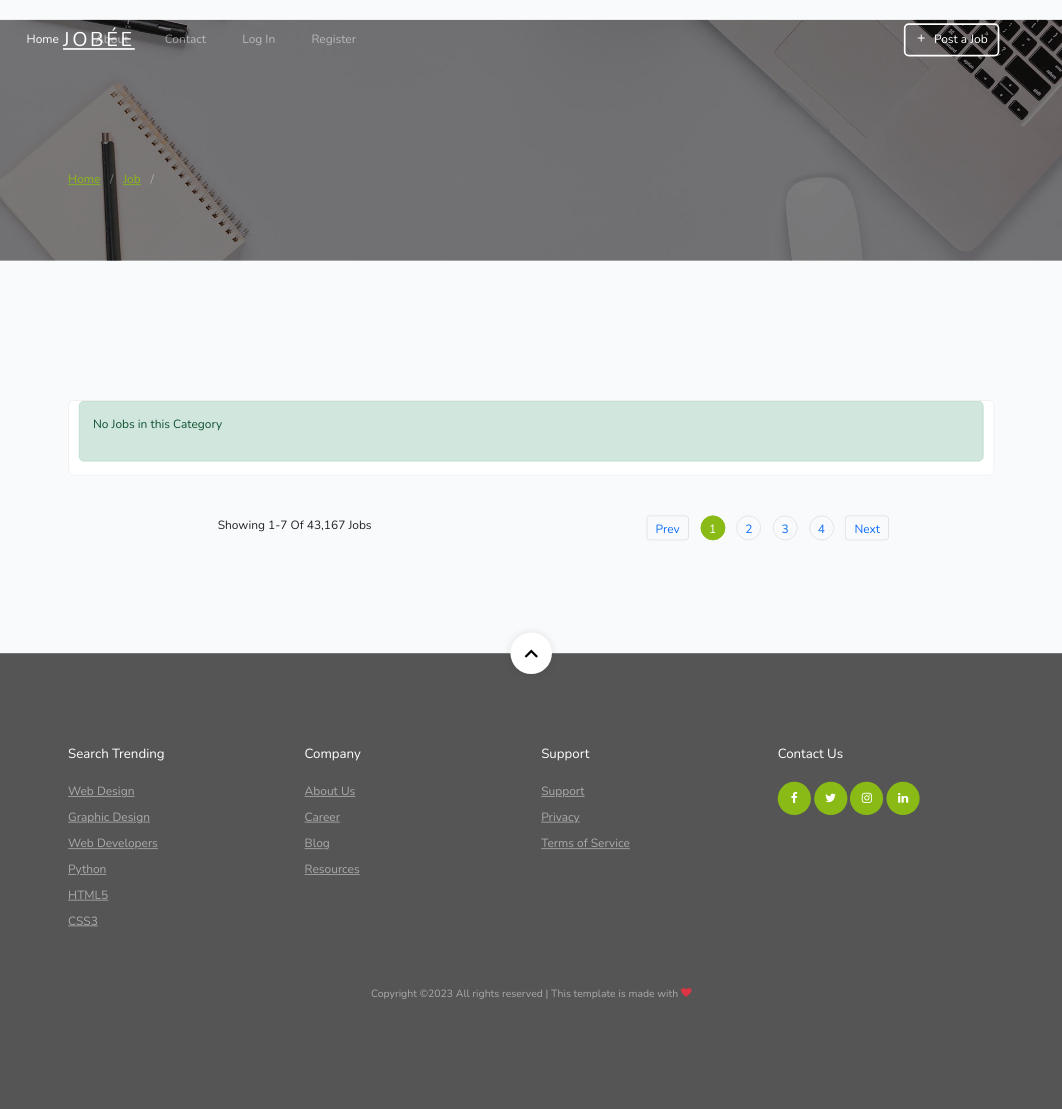
Repository: sara55m/Jobee
Page: resources/views/categories/single.blade.php
An editor plug-in stored every save of this project. The page is shown before and after the next save, followed by the edit.
The browser window is 1280 px wide. The pictures show the whole page, at 83% of full size.
The page is served by the project's Laravel application, run on PHP 8.4 with Laravel 10. Other server files are loaded and not shown. Style sheets and scripts are compiled from the project's sources, by tool versions that may differ from the author's. The template is opened directly, without the code that normally fills it, so the values that code supplies are empty.

Above is the page before, as saved 2024-10-08 22:58:34.

### routes/web.php
<?php

use Illuminate\Support\Facades\Route;
use App\Http\Controllers\HomeController;
use App\Http\Controllers\Jobs\JobsController;
use App\Http\Controllers\Categories\CategoriesController;
use App\Http\Controllers\Users\UsersController;
use Illuminate\Support\Facades\Auth;

/*
|--------------------------------------------------------------------------
| Web Routes
|--------------------------------------------------------------------------
|
| Here is where you can register web routes for your application. These
| routes are loaded by the RouteServiceProvider and all of them will
| be assigned to the "web" middleware group. Make something great!
|
*/

Route::get('/', function () {
    return view('welcome');
});

Auth::routes();

Route::get('/home', [HomeController::class, 'index'])->name('home');

Route::get('/jobs/single/{id}', [JobsController::class, 'single'])->name('single.job');
Route::post('/jobs/save', [JobsController::class, 'saveJob'])->name('save.job');
Route::post('/jobs/apply', [JobsController::class, 'jobApply'])->name('apply.job');


Route::get('/categories/single/{name}', [CategoriesController::class, 'singleCategory'])->name('categories.single');
Route::get('/users/profile', [UsersController::class, 'profile'])->name('profile');

Route::get('/users/applications', [UsersController::class, 'applications'])->name('applications');

### resources/views/categories/single.blade.php
@extends('layouts.app')

@section('content')
<section class="section-hero overlay inner-page bg-image" style="background-image: url('{{asset('assets/images/hero_1.jpg')}}'); margin: tob -24px" id="home-section">
    <div class="container">
      <div class="row">
        <div class="col-md-7">
          <h1 class="text-white font-weight-bold">{{ucfirst($name)}}</h1>
          <div class="custom-breadcrumbs">
            <a href="#">Home</a> <span class="mx-2 slash">/</span>
            <a href="#">Job</a> <span class="mx-2 slash">/</span>
            <span class="text-white"><strong>{{ucfirst($name)}}</strong></span>
          </div>
        </div>
      </div>
    </div>
  </section>
<section class="site-section">
    <div class="container">

      <div class="row mb-5 justify-content-center">
        <div class="col-md-7 text-center">
          <h2 class="section-title mb-2">{{ucfirst($name)}}</h2>
        </div>
      </div>

      <ul class="job-listings mb-5">
        @if ($jobs->count()>0)

        @foreach ($jobs as $job)
        <li class="job-listing d-block d-sm-flex pb-3 pb-sm-0 align-items-center">
          <a href="{{route('single.job', $job->id)}}"></a>
          <div class="job-listing-logo">
            <img src="{{asset('assets/images/'.$job->image.'')}}" alt="Free Website Template by Free-Template.co" class="img-fluid">
          </div>

          <div class="job-listing-about d-sm-flex custom-width w-100 justify-content-between mx-4">
            <div class="job-listing-position custom-width w-50 mb-3 mb-sm-0">
              <h2>{{$job->job_title}}</h2>
              <strong>{{$job->company}}</strong>
            </div>
            <div class="job-listing-location mb-3 mb-sm-0 custom-width w-25">
              <span class="icon-room"></span>{{$job->job_region}}
            </div>
            <div class="job-listing-meta">
              <span class="badge badge-danger">{{$job->job_type}}</span>
            </div>
          </div>
        </li>
        @endforeach
        @else
        <div class="container">
            <div class="alert alert-success ">
             <p>No Jobs in this Category</p>
            </div>

        @endif
      </ul>

      <div class="row pagination-wrap">
        <div class="col-md-6 text-center text-md-left mb-4 mb-md-0">
          <span>Showing 1-7 Of 43,167 Jobs</span>
        </div>
        <div class="col-md-6 text-center text-md-right">
          <div class="custom-pagination ml-auto">
            <a href="#" class="prev">Prev</a>
            <div class="d-inline-block">
            <a href="#" class="active">1</a>
            <a href="#">2</a>
            <a href="#">3</a>
            <a href="#">4</a>
            </div>
            <a href="#" class="next">Next</a>
          </div>
        </div>
      </div>

    </div>
  </section>


















@endsection

### resources/views/layouts/app.blade.php
<!doctype html>
<html lang="{{ str_replace('_', '-', app()->getLocale()) }}">
<head>
    <meta charset="utf-8">
    <meta name="viewport" content="width=device-width, initial-scale=1">

    <!-- CSRF Token -->
    <meta name="csrf-token" content="{{ csrf_token() }}">

    <title>{{ config('app.name', 'Laravel') }}</title>

    <!-- Fonts -->
    <link rel="dns-prefetch" href="//fonts.bunny.net">
    <link href="https://fonts.bunny.net/css?family=Nunito" rel="stylesheet">

     <!-- Our CSS and JS Files -->
    <link rel="stylesheet" href="{{ asset('assets/css/custom-bs.css')}}">
    <link rel="stylesheet" href="{{ asset('assets/css/jquery.fancybox.min.css') }}">
    <link rel="stylesheet" href="{{ asset('assets/css/bootstrap-select.min.css') }}">
    <link rel="stylesheet" href="{{ asset ('assets/fonts/icomoon/style.css') }}">
    <link rel="stylesheet" href="{{ asset('assets/fonts/line-icons/style.css') }}">
    <link rel="stylesheet" href="{{ asset('assets/css/owl.carousel.min.css') }}">
    <link rel="stylesheet" href="{{ asset('assets/css/animate.min.css') }}">
    <link rel="stylesheet" href="{{ asset('assets/css/quill.snow.css')}}">

    <!-- MAIN CSS -->
    <link rel="stylesheet" href="{{ asset('assets/css/style.css') }}">

    <!-- Scripts -->
    @vite(['resources/sass/app.scss', 'resources/js/app.js'])
</head>
<body>
    <div id="app">
         <!-- NAVBAR -->
    <header class="site-navbar mt-3">
        <div class="container-fluid">
          <div class="row align-items-center">
            <div class="site-logo col-6"><a href="{{route('home')}}">jobée</a></div>

            <nav class="mx-auto site-navigation">
              <ul class="site-menu js-clone-nav d-none d-xl-block ml-0 pl-0">
                <li><a href="{{route('home')}}" class="nav-link active">Home</a></li>
                <li><a href="about.html">About</a></li>


                <li><a href="contact.html">Contact</a></li>
                <li class="d-lg-none"><a href="post-job.html"><span class="mr-2">+</span> Post a Job</a></li>
                @guest
                  @if (Route::has('login'))
                      <li class=""><a href="{{ route('login') }}">Log In</a></li>
                  @endif
                  @if (Route::has('register'))
                       <li class=""><a href="{{ route('register') }}">Register</a></li>
                  @endif
                @else
                    <li class="nav-item dropdown">
                    <a id="navbarDropdown" class="nav-link dropdown-toggle" href="#" role="button" data-toggle="dropdown" aria-haspopup="true" aria-expanded="false" v-pre>
                     {{ Auth::user()->name }}
                    </a>

                  <div class="dropdown-menu dropdown-menu-end" aria-labelledby="navbarDropdown">


                <a class="dropdown-item" href="{{ route('profile') }}">
                    Profile
               </a>

                   <a class="dropdown-item" href="{{ route('logout') }}"
                      onclick="event.preventDefault();
                             document.getElementById('logout-form').submit();">
                     {{ __('Logout') }}
                </a>

                   <form id="logout-form" action="{{ route('logout') }}" method="POST" class="d-none">
                   @csrf
                       </form>
                        </div>
                         </li>
                @endguest


              </ul>
            </nav>

            <div class="right-cta-menu text-right d-flex aligin-items-center col-6">
              <div class="ml-auto">
                <a href="post-job.html" class="btn btn-outline-white border-width-2 d-none d-lg-inline-block"><span class="mr-2 icon-add"></span>Post a Job</a>

              </div>
              <a href="#" class="site-menu-toggle js-menu-toggle d-inline-block d-xl-none mt-lg-2 ml-3"><span class="icon-menu h3 m-0 p-0 mt-2"></span></a>
            </div>

          </div>
        </div>
      </header>
        {{-- <nav class="navbar navbar-expand-md navbar-light bg-white shadow-sm">
            <div class="container">
                <a class="navbar-brand" href="{{ url('/') }}">
                    {{ config('app.name', 'Laravel') }}
                </a>
                <button class="navbar-toggler" type="button" data-bs-toggle="collapse" data-bs-target="#navbarSupportedContent" aria-controls="navbarSupportedContent" aria-expanded="false" aria-label="{{ __('Toggle navigation') }}">
                    <span class="navbar-toggler-icon"></span>
                </button>

                <div class="collapse navbar-collapse" id="navbarSupportedContent">
                    <!-- Left Side Of Navbar -->
                    <ul class="navbar-nav me-auto">

                    </ul>

                    <!-- Right Side Of Navbar -->
                    <ul class="navbar-nav ms-auto">
                        <!-- Authentication Links -->
                        @guest
                            @if (Route::has('login'))
                                <li class="nav-item">
                                    <a class="nav-link" href="{{ route('login') }}">{{ __('Login') }}</a>
                                </li>
                            @endif

                            @if (Route::has('register'))
                                <li class="nav-item">
                                    <a class="nav-link" href="{{ route('register') }}">{{ __('Register') }}</a>
                                </li>
                            @endif
                        @else
                            <li class="nav-item dropdown">
                                <a id="navbarDropdown" class="nav-link dropdown-toggle" href="#" role="button" data-bs-toggle="dropdown" aria-haspopup="true" aria-expanded="false" v-pre>
                                    {{ Auth::user()->name }}
                                </a>

                                <div class="dropdown-menu dropdown-menu-end" aria-labelledby="navbarDropdown">
                                    <a class="dropdown-item" href="{{ route('logout') }}"
                                       onclick="event.preventDefault();
                                                     document.getElementById('logout-form').submit();">
                                        {{ __('Logout') }}
                                    </a>

                                    <form id="logout-form" action="{{ route('logout') }}" method="POST" class="d-none">
                                        @csrf
                                    </form>
                                </div>
                            </li>
                        @endguest
                    </ul>
                </div>
            </div>
        </nav> --}}

        <main class="py-4">
            @yield('content')
        </main>
    </div>

    <footer class="site-footer">

        <a href="#top" class="smoothscroll scroll-top">
          <span class="icon-keyboard_arrow_up"></span>
        </a>

        <div class="container">
          <div class="row mb-5">
            <div class="col-6 col-md-3 mb-4 mb-md-0">
              <h3>Search Trending</h3>
              <ul class="list-unstyled">
                <li><a href="#">Web Design</a></li>
                <li><a href="#">Graphic Design</a></li>
                <li><a href="#">Web Developers</a></li>
                <li><a href="#">Python</a></li>
                <li><a href="#">HTML5</a></li>
                <li><a href="#">CSS3</a></li>
              </ul>
            </div>
            <div class="col-6 col-md-3 mb-4 mb-md-0">
              <h3>Company</h3>
              <ul class="list-unstyled">
                <li><a href="#">About Us</a></li>
                <li><a href="#">Career</a></li>
                <li><a href="#">Blog</a></li>
                <li><a href="#">Resources</a></li>
              </ul>
            </div>
            <div class="col-6 col-md-3 mb-4 mb-md-0">
              <h3>Support</h3>
              <ul class="list-unstyled">
                <li><a href="#">Support</a></li>
                <li><a href="#">Privacy</a></li>
                <li><a href="#">Terms of Service</a></li>
              </ul>
            </div>
            <div class="col-6 col-md-3 mb-4 mb-md-0">
              <h3>Contact Us</h3>
              <div class="footer-social">
                <a href="#"><span class="icon-facebook"></span></a>
                <a href="#"><span class="icon-twitter"></span></a>
                <a href="#"><span class="icon-instagram"></span></a>
                <a href="#"><span class="icon-linkedin"></span></a>
              </div>
            </div>
          </div>

          <div class="row text-center">
            <div class="col-12">
              <p class="copyright"><small>
                <!-- Link back to Colorlib can't be removed. Template is licensed under CC BY 3.0. -->
              Copyright &copy;<script>document.write(new Date().getFullYear());</script> All rights reserved | This template is made with <i class="icon-heart text-danger" aria-hidden="true"></i>
              <!-- Link back to Colorlib can't be removed. Template is licensed under CC BY 3.0. --></small></p>
            </div>
          </div>
        </div>
      </footer>

     <!-- SCRIPTS -->
    <script src="{{asset('assets/js/jquery.min.js')}}"></script>
    <script src="{{asset('assets/js/bootstrap.bundle.min.js')}}"></script>
    <script src="{{asset('assets/js/isotope.pkgd.min.js')}}"></script>
    <script src="{{asset('assets/js/stickyfill.min.js')}}"></script>
    <script src="{{asset('assets/js/jquery.fancybox.min.js')}}"></script>
    <script src="{{asset('assets/js/jquery.easing.1.3.js')}}"></script>

    <script src="assets/js/jquery.waypoints.min.js"></script>
    <script src="assets/js/jquery.animateNumber.min.js"></script>
    <script src="assets/js/owl.carousel.min.js"></script>
    <script src="assets/js/quill.min.js"></script>


    <script src="assets/js/bootstrap-select.min.js"></script>

    <script src="assets/js/custom.js"></script>

</body>
</html>

Loaded but not shown: app/Http/Controllers/Auth/ConfirmPasswordController.php (common file); app/Http/Controllers/Controller.php (common file); public/assets/css/custom-bs.css (library); public/assets/css/jquery.fancybox.min.css (library); public/assets/css/bootstrap-select.min.css (library); public/assets/fonts/icomoon/style.css (common file); public/assets/fonts/line-icons/style.css (common file); public/assets/css/owl.carousel.min.css (library); public/assets/css/animate.min.css (library); public/assets/js/jquery.min.js (library); public/assets/js/bootstrap.bundle.min.js (library); public/assets/js/isotope.pkgd.min.js (library); public/assets/js/stickyfill.min.js (library); public/assets/js/jquery.fancybox.min.js (library); public/assets/js/jquery.easing.1.3.js (library); public/assets/js/jquery.waypoints.min.js (library); public/assets/js/jquery.animateNumber.min.js (common file); public/assets/js/owl.carousel.min.js (library); public/assets/js/quill.min.js (library); public/assets/js/bootstrap-select.min.js (library); resources/sass/app.scss (common file); resources/sass/_variables.scss (common file); public/assets/js/custom.js (264 lines, source omitted); public/assets/css/style.css (1669 lines, source omitted); public/assets/css/quill.snow.css (883 lines, source omitted)

After the next save:
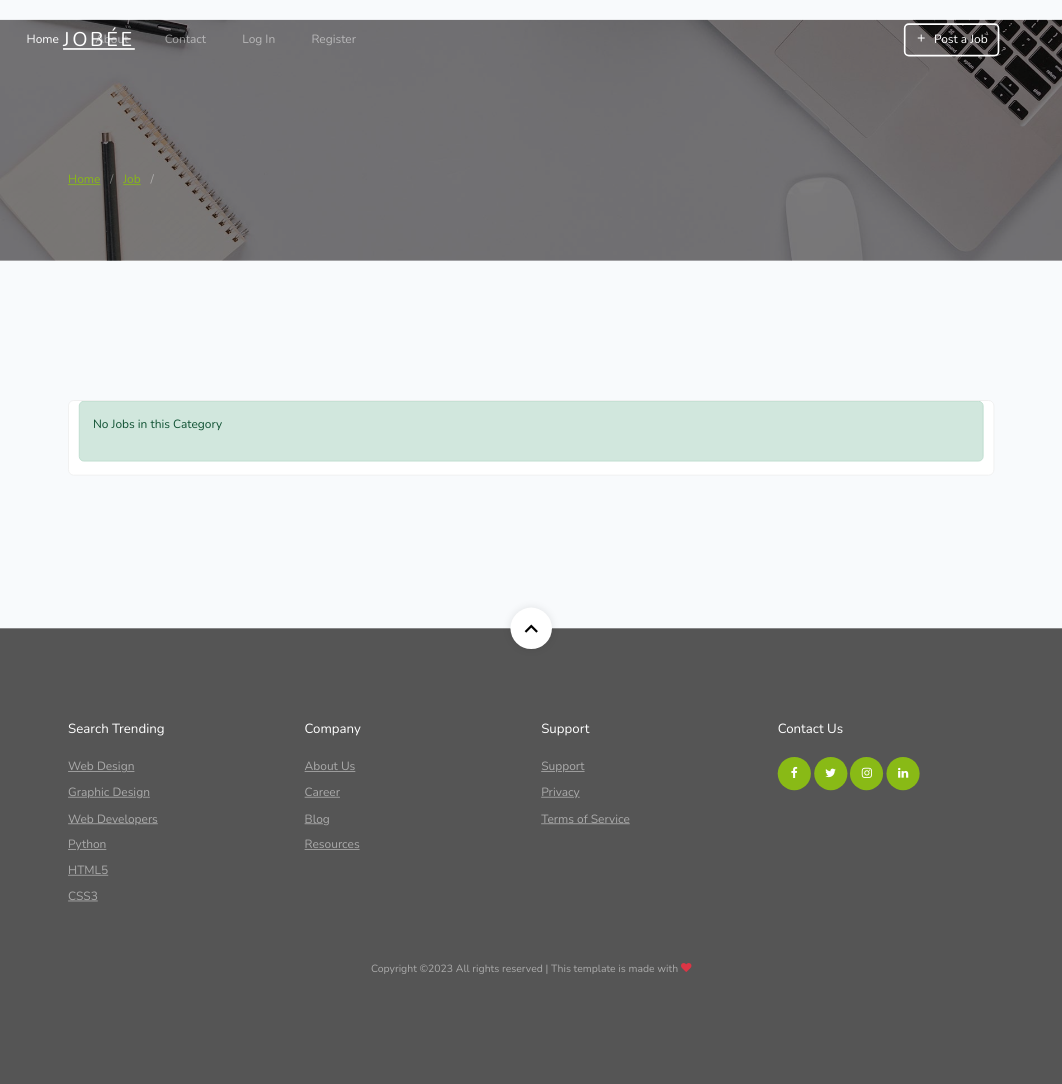
Saved 4 min 25 s later.
--- a/resources/views/categories/single.blade.php
+++ b/resources/views/categories/single.blade.php
@@ -48,6 +48,23 @@
           </div>
         </li>
         @endforeach
+        <div class="row pagination-wrap">
+            <div class="col-md-6 text-center text-md-left mb-4 mb-md-0">
+              <span>Showing 1-7 Of 43,167 Jobs</span>
+            </div>
+            <div class="col-md-6 text-center text-md-right">
+              <div class="custom-pagination ml-auto">
+                <a href="#" class="prev">Prev</a>
+                <div class="d-inline-block">
+                <a href="#" class="active">1</a>
+                <a href="#">2</a>
+                <a href="#">3</a>
+                <a href="#">4</a>
+                </div>
+                <a href="#" class="next">Next</a>
+              </div>
+            </div>
+          </div>
         @else
         <div class="container">
             <div class="alert alert-success ">
@@ -56,25 +73,6 @@
 
         @endif
       </ul>
-
-      <div class="row pagination-wrap">
-        <div class="col-md-6 text-center text-md-left mb-4 mb-md-0">
-          <span>Showing 1-7 Of 43,167 Jobs</span>
-        </div>
-        <div class="col-md-6 text-center text-md-right">
-          <div class="custom-pagination ml-auto">
-            <a href="#" class="prev">Prev</a>
-            <div class="d-inline-block">
-            <a href="#" class="active">1</a>
-            <a href="#">2</a>
-            <a href="#">3</a>
-            <a href="#">4</a>
-            </div>
-            <a href="#" class="next">Next</a>
-          </div>
-        </div>
-      </div>
-
     </div>
   </section>
 
